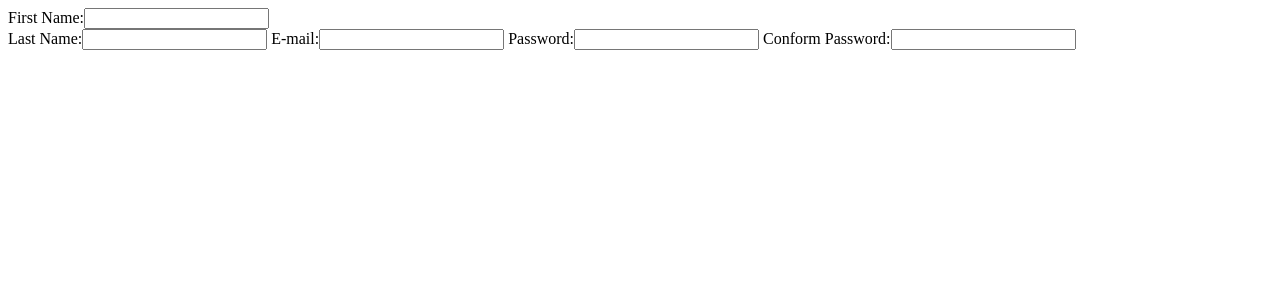
Repository: iamvinayhv/Servlets
Page: App2/WebContent/ html/register.html
An editor plug-in stored every save of this project. The page is shown before and after the next save, followed by the edit.
The browser window is 1280 px wide. The pictures show the whole page.

Above is the page before, as saved 2017-03-04 04:20:03.

### App2/WebContent/ html/register.html
<!DOCTYPE html>
<html>
<head>
<meta charset="UTF-8">
<title>Register</title>
</head>
<body>
<form action="reg" method="post">
First Name:<input type="text" name="fname"><br/>
Last Name:<input type="text" name="lname">
E-mail:<input type="text" name="mail">
Password:<input type="password" name="pwd">
Conform Password:<input type="text" name="conform">


</form>
</body>
</html>

After the next save:
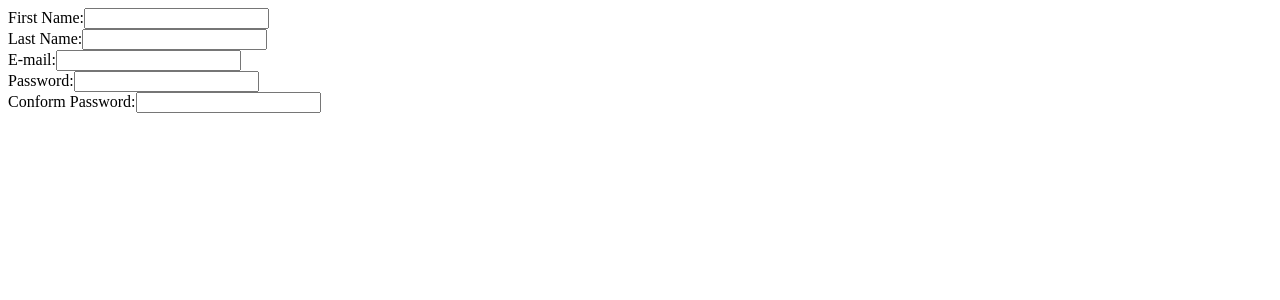
Saved 16 s later.
--- a/App2/WebContent/ html/register.html
+++ b/App2/WebContent/ html/register.html
@@ -7,10 +7,10 @@
 <body>
 <form action="reg" method="post">
 First Name:<input type="text" name="fname"><br/>
-Last Name:<input type="text" name="lname">
-E-mail:<input type="text" name="mail">
-Password:<input type="password" name="pwd">
-Conform Password:<input type="text" name="conform">
+Last Name:<input type="text" name="lname"><br/>
+E-mail:<input type="text" name="mail"><br/>
+Password:<input type="password" name="pwd"><br/>
+Conform Password:<input type="text" name="conform"><br/>
 
 
 </form>
